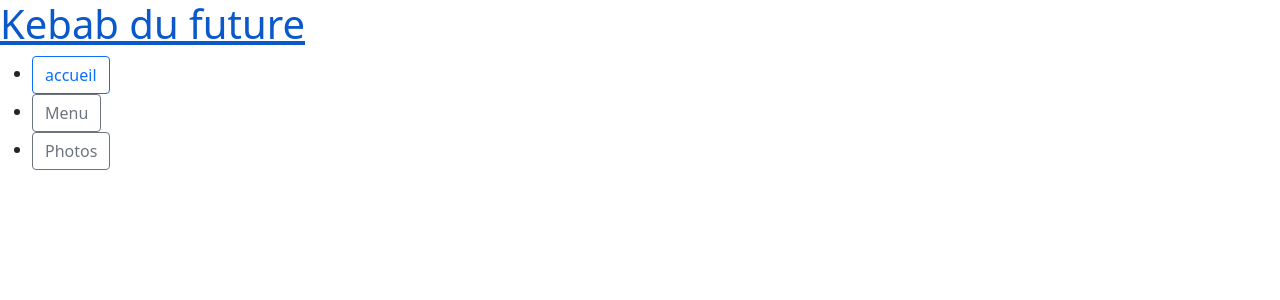
Repository: phbord/THP-js-exercices-manipulation-DOM
Page: index.html
The author's editor kept a copy of each file at every save. The page is drawn from the files as they stood at one save, then again after the next save.
The browser window is 1280 px wide. The pictures show the whole page.

Above is the page before, as saved 2021-07-19 10:52:30.

### index.html
<!DOCTYPE HTML>
<html lang="fr">
    <head>
        <title></title>
        <meta charset="utf-8">
        <link href="https://cdn.jsdelivr.net/npm/bootstrap@5.0.2/dist/css/bootstrap.min.css"
                rel="stylesheet"
                integrity="sha384-EVSTQN3/azprG1Anm3QDgpJLIm9Nao0Yz1ztcQTwFspd3yD65VohhpuuCOmLASjC"
                crossorigin="anonymous">
        <link rel="stylesheet" href="./styles/main.css">
    </head>
    <body>
        <header>
            <nav>
                <a class="" href="#">
                    <h1>Kebab du future</h1>
                </a>
                <ul class="">
                    <li>
                        <a class="btn btn-outline-primary" href="#">accueil</a>
                    </li>
                    <li>
                        <a class="btn btn-outline-secondary" href="#">Menu</a>
                    </li>
                    <li>
                        <a class="btn btn-outline-secondary" href="#">Photos</a>
                    </li>
                </ul>
            </nav>
        </header>

        <script src="https://cdn.jsdelivr.net/npm/bootstrap@5.0.2/dist/js/bootstrap.bundle.min.js"
                integrity="sha384-MrcW6ZMFYlzcLA8Nl+NtUVF0sA7MsXsP1UyJoMp4YLEuNSfAP+JcXn/tWtIaxVXM"
                crossorigin="anonymous"></script>
        <script src="./scripts/main.js"></script>
    </body>
</html>

Loaded but not shown: scripts/main.js (no copy from this time; the picture is the same without it); styles/main.css (no copy from this time; the picture is the same without it)

After the next save:
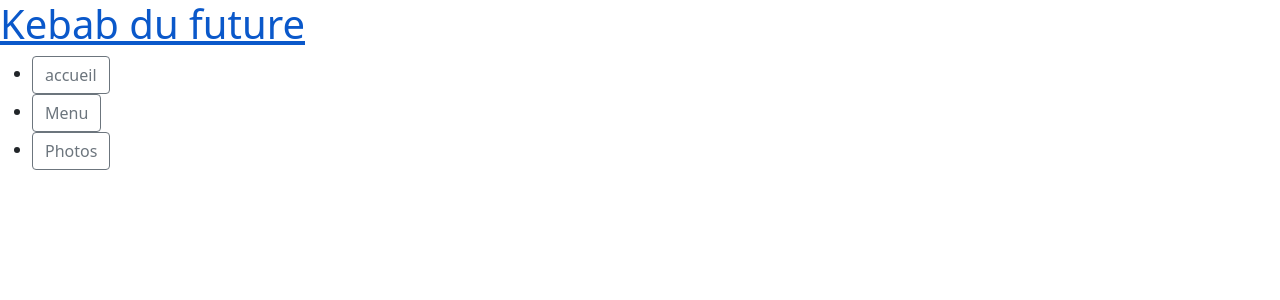
Saved 8 s later.
--- a/index.html
+++ b/index.html
@@ -17,7 +17,7 @@
                 </a>
                 <ul class="">
                     <li>
-                        <a class="btn btn-outline-primary" href="#">accueil</a>
+                        <a class="btn btn-outline-secondary" href="#">accueil</a>
                     </li>
                     <li>
                         <a class="btn btn-outline-secondary" href="#">Menu</a>
